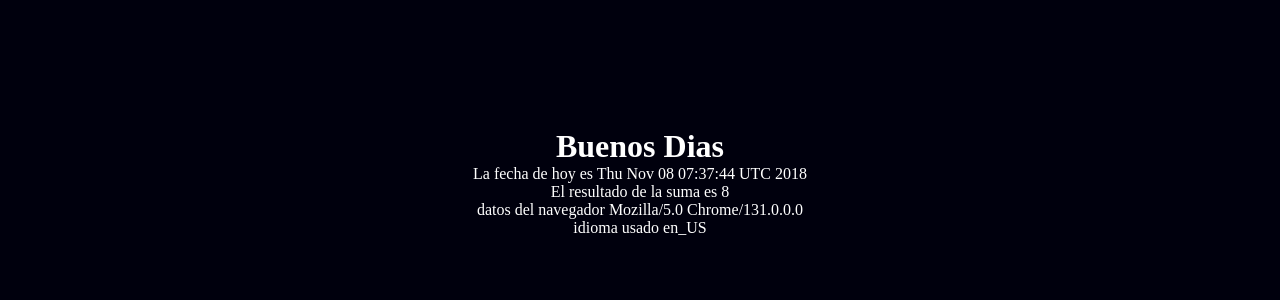
Repository: rengifolu/Blog
Page: http://localhost/PrimerosPasosJSP/saludo.jsp
An editor plug-in stored every save of this project. The page is shown before and after the next save, followed by the edit.
The browser window is 1280 px wide. The pictures show the whole page.
The page is served by Tomcat 9.

Above is the page before, as saved 2018-11-09 09:28:13.

### PrimerosPasosJSP/WebContent/saludo.jsp
<%@page import="diego.com.calculos.*"%>
<%@page import="java.util.Date"%>
<html>

<head>
   <link href="style.css" rel="stylesheet" >
   <title>JEE</title>
</head>

<body>
  <h1>
      Buenos Dias
  </h1>

      La fecha de hoy es  <%= new Date() %>


      <br>

      El resultado de la suma es <%= Calculos.suma(5,3)%>

      <br>
      datos del navegador <%= request.getHeader("User-Agent") %>
      <br>
      idioma usado <%= request.getLocale() %>

</body>
</html>

### PrimerosPasosJSP/src/diego/com/calculos/Calculos.java
package diego.com.calculos;

public class Calculos {

    private static int resultado;
    public static int suma(int i, int j){
 	  resultado = i+j;
 	  return resultado;
   }

}

### PrimerosPasosJSP/WebContent/style.css
@charset "ISO-8859-1";

*{
	margin: 0;
	padding: 0;
}

body{
	background-color: #00000D;
	color: white;
	text-align: center;
}

h1 {
	padding-top: 10%;
}

After the next save:
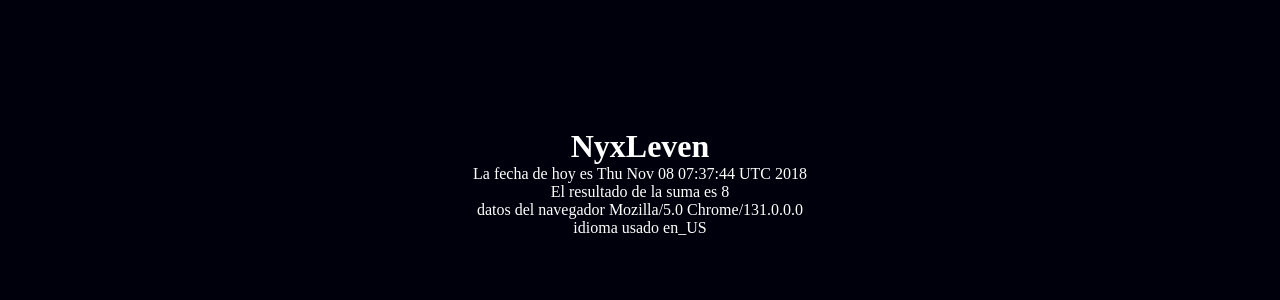
Saved 25 s later.
--- a/PrimerosPasosJSP/WebContent/saludo.jsp
+++ b/PrimerosPasosJSP/WebContent/saludo.jsp
@@ -9,7 +9,7 @@
 
 <body>
   <h1>
-      Buenos Dias
+      NyxLeven
   </h1>
 
       La fecha de hoy es  <%= new Date() %>
